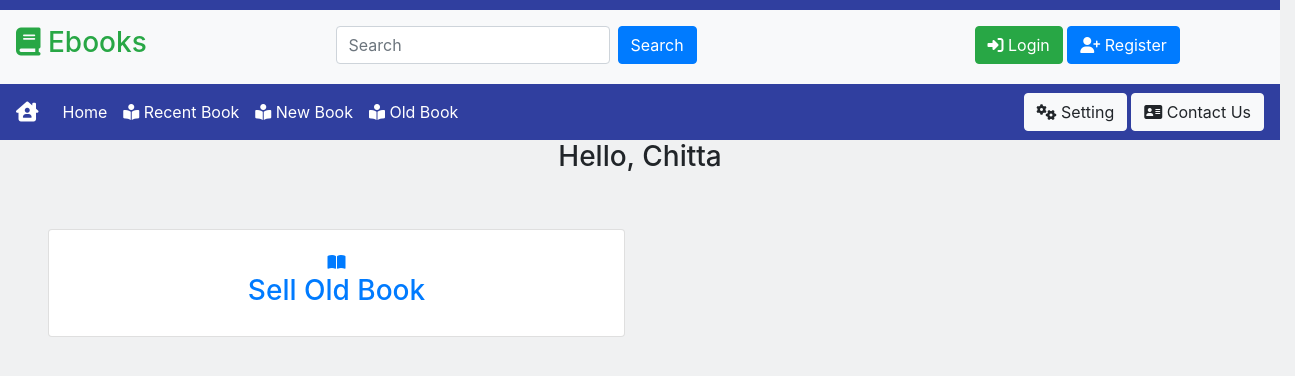
Repository: chittaranjan24/E-Books_Management_System
Page: http://localhost/Ebook-App/setting.jsp
The author's editor kept a copy of each file at every save. The page is drawn from the files as they stood at one save, then again after the next save.
The browser window is 1280 px wide. The page is 1295 px wide, so the pictures cover 1295 px, including what lies to the right of the window. The pictures show the whole page.
Some web libraries are served in a nearby version. The page is served by Tomcat 9. Other server files are loaded and not shown.

Above is the page before, as saved 2023-08-31 09:52:03.

### Ebook-App/src/main/webapp/setting.jsp
<%@ page language="java" contentType="text/html; charset=ISO-8859-1"
	pageEncoding="ISO-8859-1"%>
<!DOCTYPE html>
<html>
<head>
<meta charset="ISO-8859-1">
<title>Setting</title>
<%@include file="all_component/allCss.jsp"%>
</head>
<body style="background-color: #f0f1f2;">
	<%@include file="all_component/navbar.jsp"%>

	<div class="comtainer">
		<h3 class="text-center">Hello, Chitta</h3>
		<div class="row p-5">
			<div class="col-md-6">
				<a href="">
					<div class="card">
						<div class="card-body text-center">
							<i class="fas fa-book-open"></i>
							<h3>Sell Old Book</h3>
						</div>
					</div>
				</a>
			</div>
		</div>
	</div>

</body>
</html>

### Ebook-App/src/main/webapp/all_component/allCss.jsp
<link rel="stylesheet"
	href="https://cdn.jsdelivr.net/npm/bootstrap@4.0.0/dist/css/bootstrap.min.css"
	integrity="sha384-Gn5384xqQ1aoWXA+058RXPxPg6fy4IWvTNh0E263XmFcJlSAwiGgFAW/dAiS6JXm"
	crossorigin="anonymous">


<script src="https://code.jquery.com/jquery-3.2.1.slim.min.js"
	integrity="sha384-KJ3o2DKtIkvYIK3UENzmM7KCkRr/rE9/Qpg6aAZGJwFDMVNA/GpGFF93hXpG5KkN"
	crossorigin="anonymous"></script>
<script
	src="https://cdn.jsdelivr.net/npm/popper.js@1.12.9/dist/umd/popper.min.js"
	integrity="sha384-ApNbgh9B+Y1QKtv3Rn7W3mgPxhU9K/ScQsAP7hUibX39j7fakFPskvXusvfa0b4Q"
	crossorigin="anonymous"></script>
<script
	src="https://cdn.jsdelivr.net/npm/bootstrap@4.0.0/dist/js/bootstrap.min.js"
	integrity="sha384-JZR6Spejh4U02d8jOt6vLEHfe/JQGiRRSQQxSfFWpi1MquVdAyjUar5+76PVCmYl"
	crossorigin="anonymous"></script>


<link rel="stylesheet"
	href="https://cdnjs.cloudflare.com/ajax/libs/font-awesome/6.4.2/css/all.min.css"
	integrity="sha512-z3gLpd7yknf1YoNbCzqRKc4qyor8gaKU1qmn+CShxbuBusANI9QpRohGBreCFkKxLhei6S9CQXFEbbKuqLg0DA=="
	crossorigin="anonymous" referrerpolicy="no-referrer" />


<link rel="stylesheet" href="all_component/style.css">

### Ebook-App/src/main/webapp/all_component/navbar.jsp
<%@ taglib prefix="c" uri="http://java.sun.com/jsp/jstl/core"%>
<%@page isELIgnored="false" %>

<div class="container-fluid"
	style="height: 10px; background-color: #303f9f"></div>

<div class="container-fluid p-3 bg-light">
	<div class="row">
		<div class="col-md-3 text-success">
			<h3>
				<i class="fa-solid fa-book"></i> Ebooks
			</h3>
		</div>
		<div class="col-md-6">
			<form class="form-inline my-2 my-lg-0" action="search.jsp" method="post">
				<input class="form-control mr-sm-2" type="search" name="ch"
					placeholder="Search" aria-label="Search">
				<button class="btn btn-primary my-2 my-sm-0" type="submit">Search</button>
			</form>
		</div>

		<c:if test="${not empty userobj }">

		<div class="col-md-3">

		<a href="checkout.jsp"><i class="fa-solid fa-cart-arrow-down fa-2x"></i></a>

			<button class="btn btn-success">
			<i class="fa-solid fa-circle-user"></i> ${userobj.name}</button>

			<a href="logout" class="btn btn-primary text-white">
			<i class="fa-solid fa-power-off"></i> Logout</a>
		</div>

		</c:if>

		<c:if test="${empty userobj }">

		<div class="col-md-3">
			<a href="login.jsp" class="btn btn-success"><i
				class="fa-solid fa-right-to-bracket"></i> Login</a> <a
				href="register.jsp" class="btn btn-primary text-white"><i
				class="fa-solid fa-user-plus"></i> Register</a>
		</div>

		</c:if>


	</div>
</div>


<nav class="navbar navbar-expand-lg navbar-dark bg-custom">
	<a class="navbar-brand" href="index.jsp"> <i
		class="fa-solid fa-house-chimney-user"></i>
	</a>
	<button class="navbar-toggler" type="button" data-toggle="collapse"
		data-target="#navbarSupportedContent"
		aria-controls="navbarSupportedContent" aria-expanded="false"
		aria-label="Toggle navigation">
		<span class="navbar-toggler-icon"></span>
	</button>

	<div class="collapse navbar-collapse" id="navbarSupportedContent">
		<ul class="navbar-nav mr-auto">
			<li class="nav-item active"><a class="nav-link" href="index.jsp">Home
					<span class="sr-only">(current)</span>
			</a></li>
			<li class="nav-item active"><a class="nav-link" href="all_recent_book.jsp"> <i
					class="fa-solid fa-book-open-reader"></i> Recent Book
			</a></li>
			<li class="nav-item active"><a class="nav-link" href="all_new_book.jsp"> <i
					class="fa-solid fa-book-open-reader"></i> New Book
			</a></li>

			<li class="nav-item active"><a class="nav-link disabled"
				href="all_old_book.jsp"> <i class="fa-solid fa-book-open-reader"></i> Old Book
			</a></li>
		</ul>
		<form class="form-inline my-2 my-lg-0">

			<a href="setting.jsp" class="btn btn-light my-2 my-sm-0" type="submit">
				<i class="fa-solid fa-gears"></i> Setting
			</a>
			<a href="helpline.jsp" class="btn btn-light my-2 my-sm-0 ml-1" type="submit">
				<i class="fa-solid fa-address-card"></i> Contact Us
			</a>

		</form>
	</div>
</nav>

### Ebook-App/src/main/webapp/all_component/style.css
.bg-custom{
	background-color: #303f9f;
}

.navbar .nav-item:hover .nav-link {
	background-color: white;
	color: #303f9f;
	border-radius: 15px;
}

After the next save:
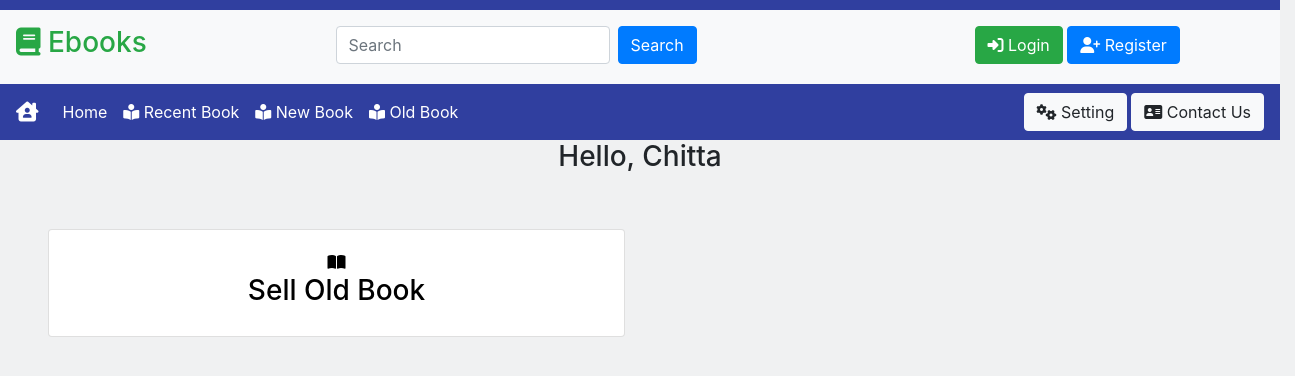
Saved 2 min 52 s later.
--- a/Ebook-App/src/main/webapp/setting.jsp
+++ b/Ebook-App/src/main/webapp/setting.jsp
@@ -6,6 +6,18 @@
 <meta charset="ISO-8859-1">
 <title>Setting</title>
 <%@include file="all_component/allCss.jsp"%>
+
+<style type="text/css">
+a{
+text-decoration: none;
+color:black;
+}
+a:hover{
+text-decoration :none;
+color:blue;
+}
+</style>
+
 </head>
 <body style="background-color: #f0f1f2;">
 	<%@include file="all_component/navbar.jsp"%>
